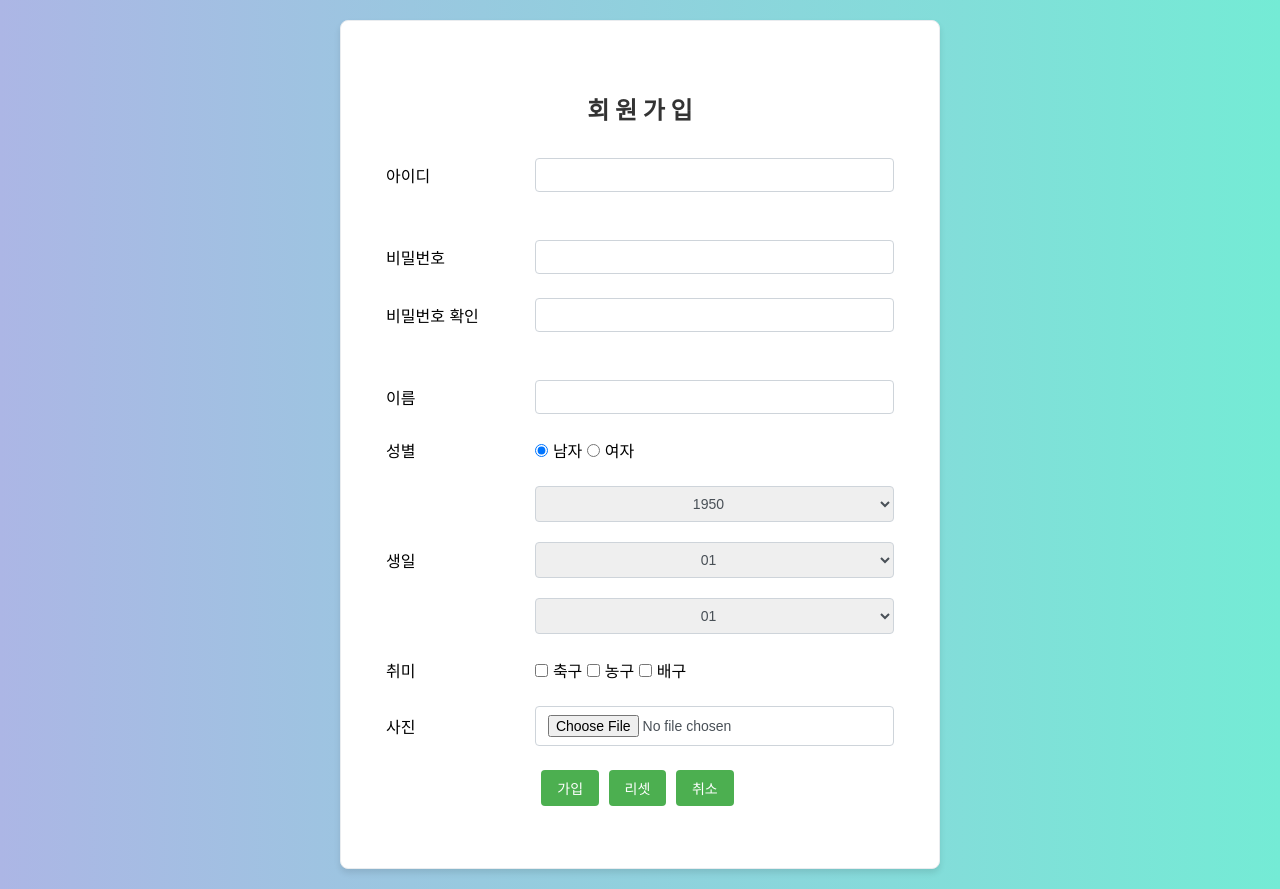
Repository: 1plus1equals3-true/Board-Project
Page: http://localhost/jsp/member/Join.jsp
An editor plug-in stored every save of this project. The page is shown before and after the next save, followed by the edit.
The browser window is 1280 px wide. The pictures show the whole page.
The page is served by Tomcat 9. Other server files are loaded and not shown.

Above is the page before, as saved 2025-09-16 02:29:57.

### jsp/src/main/webapp/member/Join.jsp
<%@ page language="java" contentType="text/html; charset=UTF-8"
    pageEncoding="UTF-8"%>
<%@ page import="java.util.Date" %>
<%@ page import="java.text.SimpleDateFormat" %>
<!DOCTYPE html>
<html>
<head>
<meta charset="UTF-8">
<title>회원가입</title>
<script src="https://code.jquery.com/jquery-3.7.1.min.js"></script>
<style>
/* 전역 스타일 */
*{
	margin: 0 auto;
	padding: 0;
	text-align: center;
	box-sizing: border-box;
}

body {
    background: linear-gradient(to right, #ACB6E5, #74ebd5);
    font-family: -apple-system, BlinkMacSystemFont, "Segoe UI", Roboto, "Helvetica Neue", Arial, sans-serif;
}

/* 제목 스타일 */
h2 {
    color: #333;
    margin-top: 40px;
    margin-bottom: 20px;
}

/* 폼 컨테이너 */
form {
    background-color: #fff;
    padding: 30px;
    border: 1px solid #e9ecef;
    border-radius: 8px;
    width: 90%;
    max-width: 600px;
    margin: 20px auto;
    box-shadow: 0 4px 6px rgba(0,0,0,0.1);
}

/* 테이블 스타일 (게시판 테이블과 유사하게) */
table {
    width: 100%;
    border-collapse: collapse;
    margin-bottom: 20px;
}

table td {
    padding: 12px 15px;
    text-align: left;
}

/* 입력 필드, 선택 박스 스타일 (검색 폼과 유사하게) */
input[type="text"],
input[type="password"],
input[type="file"],
select {
    padding: 8px 12px;
    border: 1px solid #ced4da;
    border-radius: 4px;
    font-size: 14px;
    color: #495057;
    width: 100%;
    box-sizing: border-box;
}

/* 라디오 버튼, 체크박스 스타일 */
input[type="radio"],
input[type="checkbox"] {
    width: auto;
    margin-right: 5px;
}

/* 버튼 스타일 (게시판 글쓰기, 검색 버튼과 유사하게) */
input[type="submit"],
input[type="reset"],
button {
    padding: 8px 16px;
    border: none;
    border-radius: 4px;
    background-color: #4CAF50;
    color: white;
    font-size: 14px;
    cursor: pointer;
    transition: background-color 0.3s ease;
    margin-right: 5px;
}

input[type="submit"]:hover,
input[type="reset"]:hover,
button:hover {
    background-color: #0056b3;
}

</style>
</head>
<body>
<%
  Date today = new Date(); // 현재 날짜와 시간 객체 생성
  SimpleDateFormat yearFormat = new SimpleDateFormat("yyyy"); // 년도 형식 지정
  String year = yearFormat.format(today); // 년도만 추출
  int intyear = Integer.parseInt(year);
%>

<%
	String loginerr = request.getParameter("loginerr");
	if (loginerr != null) out.print("비밀번호가 일치하지 않습니다.");
%>

	<form action="Join_proc.jsp" method="post" enctype="multipart/form-data">
		<h2>회 원 가 입</h2>
		<table>
		<tr>
		<td>아이디</td>
		<td><input type="text" name="uid" id="uid" onkeyup="id_check()"></td>
		</tr>

		<tr>
		<td colspan="2" style="text-align: center;"><span id="id_msg"></span></td>
		</tr>

		<tr>
		<td>비밀번호</td>
		<td><input type="password" name="upass1" id="upass1" onkeyup="pass_check()"></td>
		</tr>

		<tr>
		<td>비밀번호 확인</td>
		<td><input type="password" name="upass2" id="upass2" onkeyup="pass_check()"></td>
		</tr>

		<tr>
		<td colspan="2" style="text-align: center;"><span id="pass_msg"></span></td>
		</tr>

		<tr>
		<td>이름</td>
		<td><input type="text" name="uname"></td>
		</tr>

		<tr>
		<td>성별</td>
		<td><input type="radio" name="sex" value="M" checked="checked">남자
			<input type="radio" name="sex" value="F">여자</td>
		</tr>

		<tr>
		<td>생일</td>
		<td>
		<select name="yyyy">
		<%
			for (int i=1950; i<=intyear; i++) {
		%>
				<option value="<%= i %>"><%= i %></option>
		<%
			}
		%>
		</select><br><br>

		<select name="mm">
		<%
			for (int i=1; i<=12; i++) {
		%>
				<option value="<%= i %>">
										<% if (i < 10) { %>
											0<%= i %>
										<% } else { %>
											<%= i %>
										<% } %>
				</option>
		<%
			}
		%>
		</select><br><br>

		<select name="dd">
		<%
			for (int i=1; i<=31; i++) {
		%>
				<option value="<%= i %>">
										<% if (i < 10) { %>
											0<%= i %>
										<% } else { %>
											<%= i %>
										<% } %>
				</option>
		<%
			}
		%>
		</select>
		</td>
		</tr>

		<tr>
		<td>취미</td>
		<td><input type="checkbox" name="hobby" value="football">축구
			<input type="checkbox" name="hobby" value="basketball">농구
			<input type="checkbox" name="hobby" value="Volleyball">배구</td>
		</tr>

		<tr>
		<td>사진</td>
		<td><input type="file" name="upfile" accept=".gif, .jpg, .png"></td>
		</tr>

		<tr>
		<td colspan="2" style="text-align: center;"><input type="submit" value="가입">
			<input type="reset" value="리셋">
		<button type="button" onclick="history.back()">취소</button>
		</td>
		</tr>

		</table>
	</form>
</body>

<script type="text/javascript">
function submit_check() {
	var uid = document.getElementById("uid");
	   if(uid.value.trim().length < 4 ){
	      alert('아이디');
	      uid.focus();
	      return;
	}
	   document.join_form.submit();
}

function id_check()
{
   var uid = $('#uid').val();

   if(uid.length < 4)
   {
      return;
   }

   $.ajax({
      url : "./Join_check.jsp",
      type : "post",
      data : {uid: uid},
      dataType : 'html',
      success : function(result){

         var data = result.trim();

         if(data == "Y")
         {
            var msg = "<font color='blue'>아이디 사용 가능</font>";
            $('#id_msg').html(msg);
         }
         else
         {
            var msg = "<font color='red'>아이디 사용 불가</font>";
            $('#id_msg').html(msg);
         }
      },
      error: function (request, status, error) {
           console.log("code: " + request.status)
           console.log("message: " + request.responseText)
           console.log("error: " + error);
       }
   });
   return;
}

function pass_check() {
	var pass1 = $('#upass1').val();
	var pass2 = $('#upass2').val();

	if(pass1.length < 4 || pass2.length < 4)
	   {
			return;
	   }

	if (pass1 == pass2) {
		$('#pass_msg').html("<font color='blue'>비밀번호 확인됨</font>");
	}else {
		$('#pass_msg').html("<font color='red'>비밀번호 서로 다름</font>");
	}
}
</script>


</html>

After the next save:
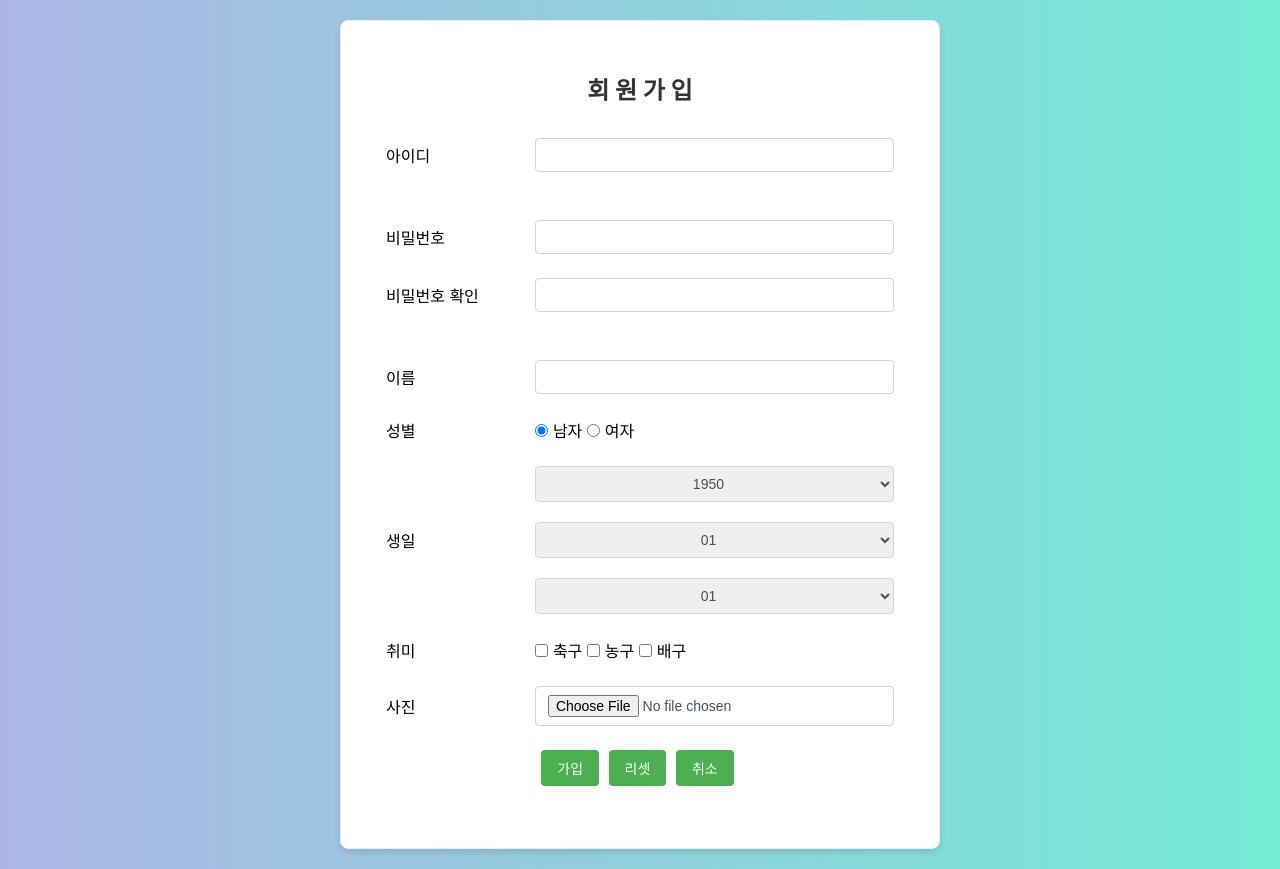
Saved 20 s later.
--- a/jsp/src/main/webapp/member/Join.jsp
+++ b/jsp/src/main/webapp/member/Join.jsp
@@ -25,7 +25,7 @@ body {
 /* 제목 스타일 */
 h2 {
     color: #333;
-    margin-top: 40px;
+    margin-top: 20px;
     margin-bottom: 20px;
 }
 
